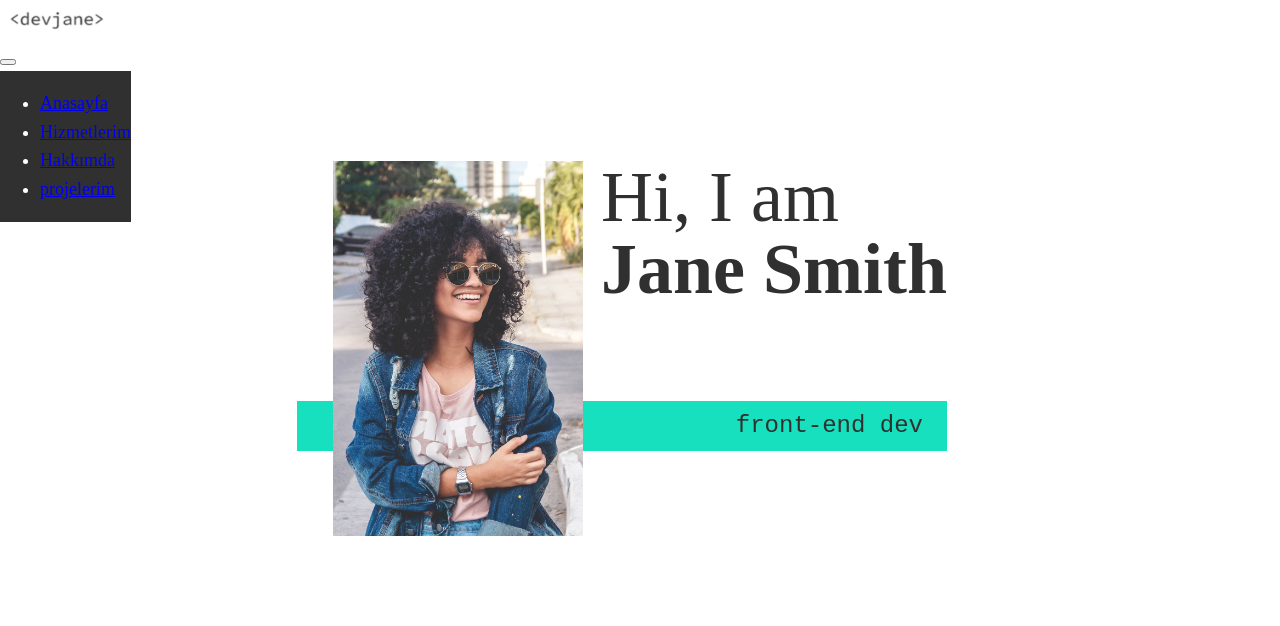
Repository: denizangin/portfolyo
Page: index.html
These files come from the project's save history. The page is drawn as it stood at one moment and after a run of saves; the edit follows.
The browser window is 1280 px wide. The pictures show the part of the page from y = 0 to 626 px (the page is 3806 px tall).
Pictures or frames that could not be fetched are drawn as grey boxes. A picture or video elsewhere on the page could not be fetched, so the positions and the page height are approximate.

Above is the page before, as saved 2024-08-06 04:12:10.

After the next 10 saves:
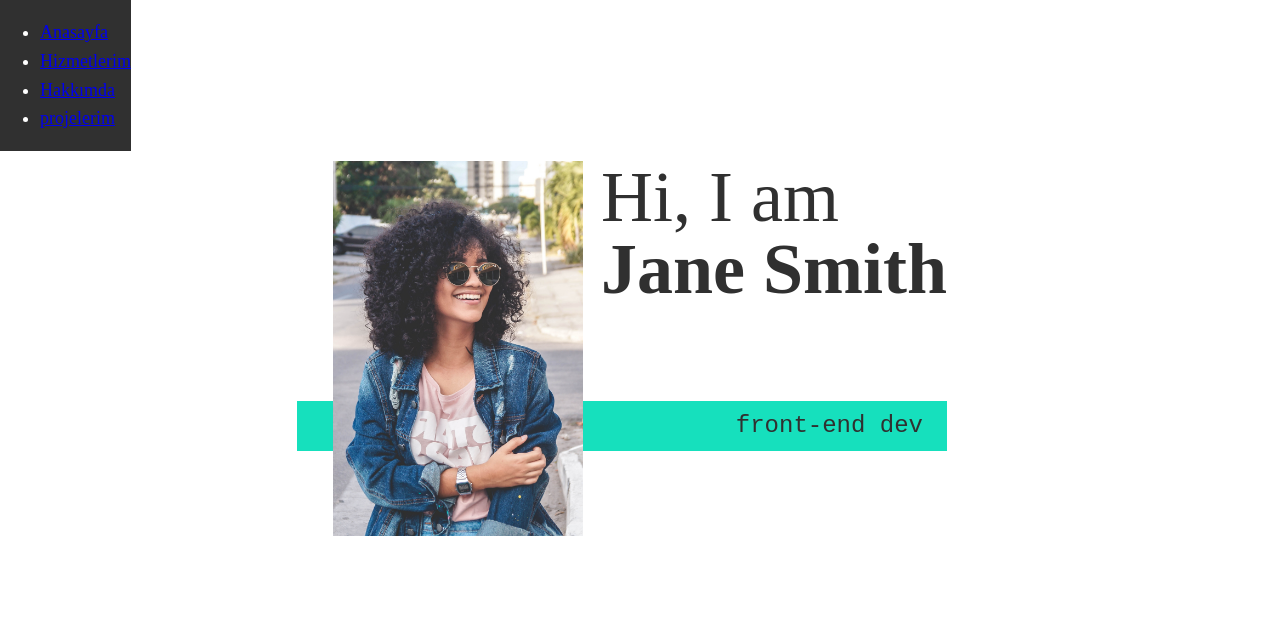
The 10 saves are shown as one change because they came seconds apart.
The last was saved 22 s later.
--- a/style.css
+++ b/style.css
@@ -120,7 +120,10 @@ font-weight: var(--fw-reg);
 .nav{
     position:fixed;
     background: var(--clr-dark);
-    color: var(--clr-light)
+    color: var(--clr-light);
+    top:0;
+    button:0;
+
 
 }
 
